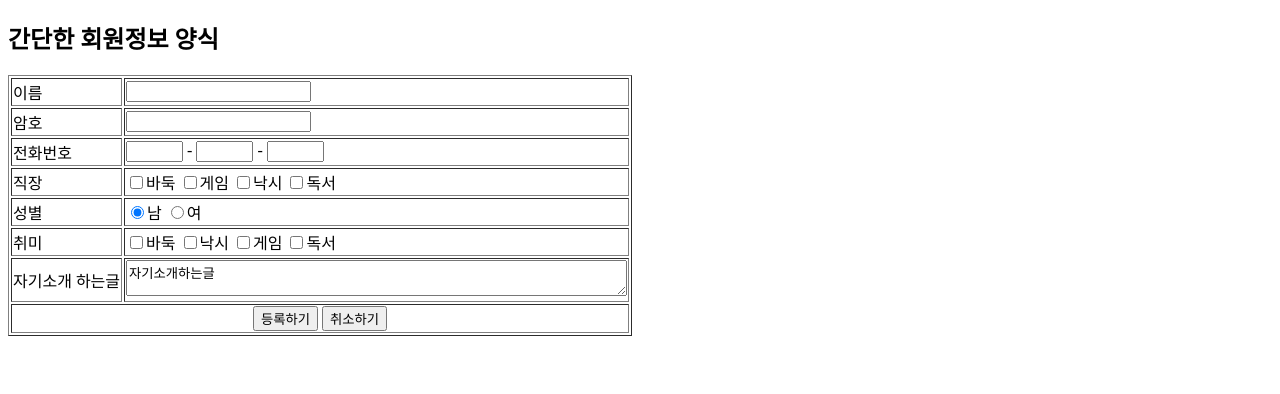
Repository: chlguswns1/web-practice
Page: javaScript/src/main/webapp/quiz.html
An editor plug-in stored every save of this project. The page is shown before and after the next save, followed by the edit.
The browser window is 1280 px wide. The pictures show the whole page.

Above is the page before, as saved 2023-03-10 02:32:35.

After the next save:
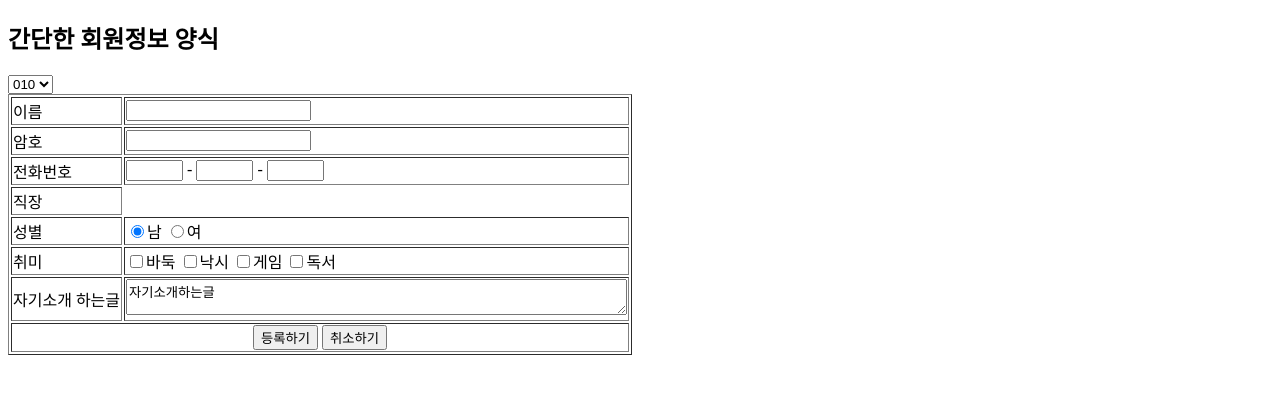
Saved 82 s later.
--- a/javaScript/src/main/webapp/quiz.html
+++ b/javaScript/src/main/webapp/quiz.html
@@ -44,12 +44,13 @@ function show() {
 
 		<tr>
 			<td>직장</td>
-			<td id="hobby">
-			<input type="checkbox" name="hobby1" value="바둑" />바둑
-			<input type="checkbox" name="hobby2" value="게임" />게임
-			<input type="checkbox" name="hobby3" value="낙시" />낙시
-			<input type="checkbox" name="hobby4" value="독서" />독서
-			</td>
+			<select name="sss" >
+				<option value="학생">010</option>
+				<option value="직장">011</option>
+				<option value="주부">016</option>
+				<option value="017">017</option>
+				<option value="070">070</option>
+			</select>
 		</tr>
 
 		<tr>
